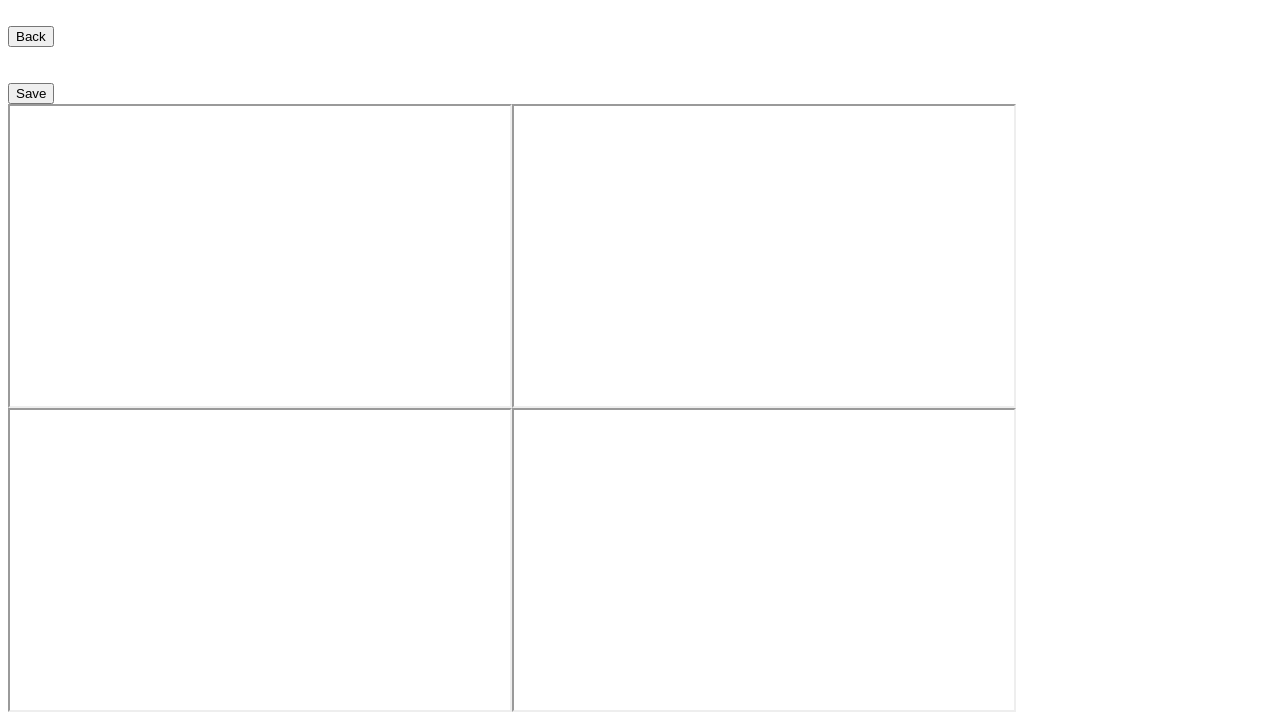
Repository: jamodi/git-tutorial
Page: http://localhost/com.sd.service1/statements
The author's editor kept a copy of each file at every save. The page is drawn from the files as they stood at one save, then again after the next save.
The browser window is 1280 px wide. The pictures show the whole page.
The page is served by Tomcat 9.

Above is the page before, as saved 2014-05-02 23:08:54.

After the next save:
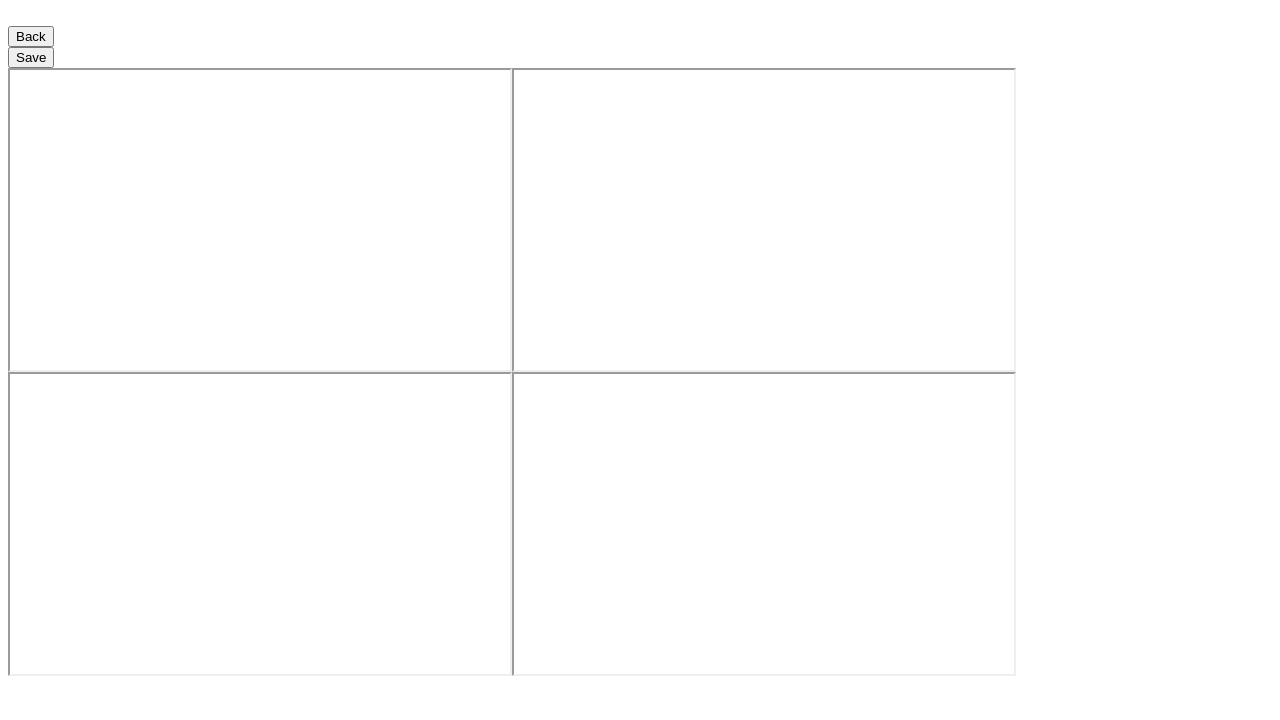
Saved 4 s later.
--- a/SD Project/com.sd.service1/WebContent/Customization.jsp
+++ b/SD Project/com.sd.service1/WebContent/Customization.jsp
@@ -48,12 +48,12 @@ pageContext.setAttribute("colorMenu4", color4);
 		<input type="hidden" name="id1" value="${serv1}"> <input
 			type="hidden" name="id2" value="${serv2}"> <input
 			type="hidden" name="id3" value="${serv3}"> <input
-			type="hidden" name="id4" value="${serv4}"> <br>
+			type="hidden" name="id4" value="${serv4}">
 			 <input type="hidden"
 			name="color1" value="${colorMenu1}"> <input
 			type="hidden" name="color2" value="${colorMenu2}"> <input
 			type="hidden" name="color3" value="${colorMenu3}"> <input
-			type="hidden" name="color4" value="${colorMenu4}"> <br>
+			type="hidden" name="color4" value="${colorMenu4}">
 		<input type="submit" value="Save"><br>
 	</form>
 	<c:set var="service1" scope="session" value="${serv1}" />
